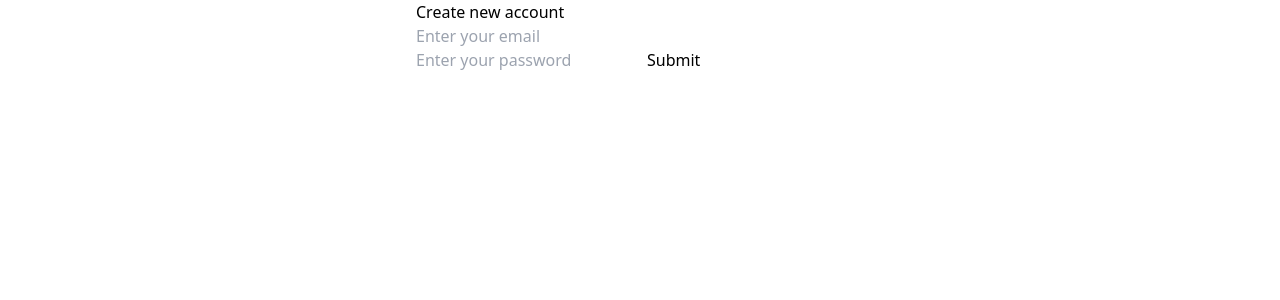
Repository: sevilgenysf/firebase
Page: /sign-up
The author's editor kept a copy of each file at every save. The page is drawn from the files as they stood at one save, then again after the next save.
The browser window is 1280 px wide. The pictures show the whole page.
The project was rebuilt for these pictures with package versions that can differ from the ones it lists, and the page was loaded fresh each time. Also part of the build but not shown: src/pages/Home.js, src/pages/SignIn.js.

Above is the page before, as saved 2023-01-02 15:51:52.

### src/App.js
import { BrowserRouter as Router, Routes, Route } from 'react-router-dom';
import Home from './pages/Home';
import SignIn from './pages/SignIn';
import SignUp from './pages/SignUp';

const App = () => {
	return (
		<Router>
			<Routes>
				<Route path="/" element={<Home />} />
				<Route path="/sign-in" element={<SignIn />} />
				<Route path="/sign-up" element={<SignUp />} />
			</Routes>
		</Router>
	);
};

export default App;

### src/pages/SignUp.js
const SignUp = () => {
	return (
		<div className="max-w-md mx-auto">
			<h1>Create new account</h1>
			<form>
				<input type="email" placeholder="Enter your email" />
				<input type="password" placeholder="Enter your password" />
				<input type="submit" />
			</form>
		</div>
	);
};

export default SignUp;

### tailwind.config.js
/** @type {import('tailwindcss').Config} */
module.exports = {
	content: ['./src/**/*.{js,jsx,ts,tsx}'],
	theme: {
		extend: {}
	},
	plugins: []
};

Loaded but not shown: public/index.html (common file); src/index.js (common file); src/index.css (common file); src/reportWebVitals.js (common file)

After the next save:
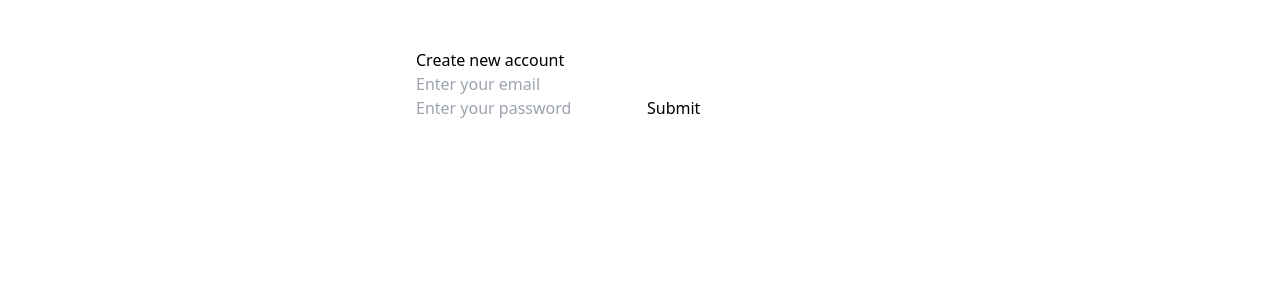
Saved 19 s later.
--- a/src/pages/SignUp.js
+++ b/src/pages/SignUp.js
@@ -1,6 +1,6 @@
 const SignUp = () => {
 	return (
-		<div className="max-w-md mx-auto">
+		<div className="max-w-md mx-auto py-12">
 			<h1>Create new account</h1>
 			<form>
 				<input type="email" placeholder="Enter your email" />
